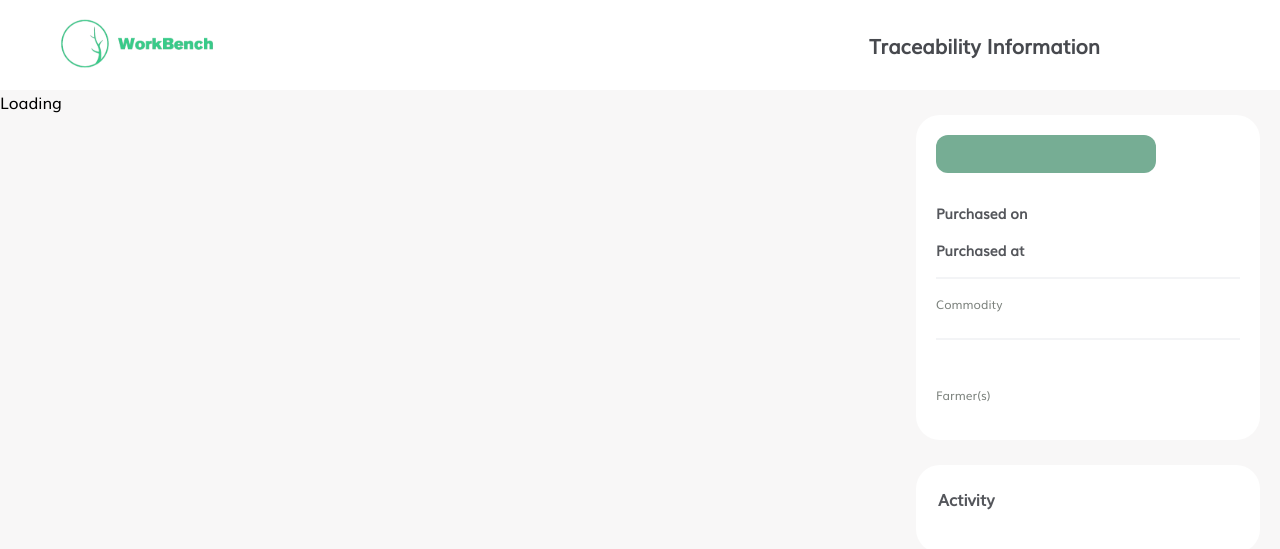
Repository: Hamezry/Traceability-Page
Page: /
The author's editor kept a copy of each file at every save. The page is drawn from the files as they stood at one save, then again after the next save.
The browser window is 1280 px wide. The pictures show the whole page.
The page's requests for data from a server got no answer. The project was rebuilt for these pictures with package versions that can differ from the ones it lists, and the page was loaded fresh each time. No one was signed in, and anything a server would have sent is missing.

Above is the page before, as saved 2022-09-18 08:45:47.

### public/index.html
<!DOCTYPE html>
<html lang="en">
  <head>
    <meta charset="utf-8" />
    <meta name="viewport" content="width=device-width, initial-scale=1" />
    <meta name="theme-color" content="#000000" />
    <meta
      name="description"
      content="Web site created using create-react-app"
    />
    <link rel="preconnect" href="https://fonts.googleapis.com">
    <link rel="preconnect" href="https://fonts.gstatic.com" crossorigin>
    <!-- <link href="https://fonts.googleapis.com/css2?family=Mulish:wght@300;400;600&display=swap" rel="stylesheet"> -->
    <title>Traceability page</title>
  </head>
  <body>
    <noscript>You need to enable JavaScript to run this app.</noscript>
    <div id="root"></div>

  </body>
</html>

### src/index.css
@tailwind base;
@tailwind components;
@tailwind utilities;

@font-face {
    font-family: 'Muli';
    src: local('Muli'), url("./fonts/Muli-Regular.ttf") format("truetype");
}


@font-face {
    font-family: 'Muli';
    src: url('./fonts/Muli-Regular.ttf') format("truetype");
}

body {
    font-family: 'Muli' !important;
}

### src/App.js
import './index.css';
import Navbar from './components/Navbar';
import Information from './components/Information';
import Sidemap from './components/Sidemap';
import { BrowserRouter, Route, Routes } from 'react-router-dom';

function App() {
  return (
    <BrowserRouter>

      <Routes>

          <Route path='/' element={
            <div>
              <Navbar />
              <div className="lg:flex lg:justify-between w-full  lg:h-[calc(100vh-90px)] lg:overflow-y-hidden bg-[#f8f7f7]">
                <Sidemap />
                <Information />
              </div>

            </div>

          } />

      </Routes>
    </BrowserRouter>
  );
}

export default App;

### src/components/Navbar.js
import React from 'react'
import logo from '../Assets/logo.svg'

const Navbar = () => {
  return (
    <div className='w-full flex justify-center h-[90px] bg-white sticky font-muli  z-30  top-0 lg:items-center lg:justify-between '>

        <img src= {logo} alt='nav-icon' className='h-[80px] w-[188px] lg:ml-[50px]'/>
        <p className='hidden lg:block mr-[230px] xl:mr-[180px] 2xl:mr-[320px] text-[#47494E] font-semibold  text-[20px]'>Traceability Information</p>

    </div>
  )
}

export default Navbar

### src/components/Information.js
import React, { useEffect, useState } from 'react'
import image1 from '../Assets/image-2.png'
import purchased from '../Assets/purchase.svg'
import axios from 'axios'
import { useLocation } from 'react-router-dom'



function Information() {

    const [list, setList] = useState([])
    const search = useLocation().search;
    const qr_code = new URLSearchParams(search).get('qr_code')

    useEffect(() => {
        axios.get(`https://wb3test.afexnigeria.com/WB3/api/v1/traceability/info/${qr_code}`)
            .then(res => {
                setList(res.data.data)
                console.log(res.data)
            }).catch(err => {
                console.log(err)
            })
    }, [qr_code])


    return (
        <div className='lg:h-full  lg:w-[30%] font-muli lg:overflow-y-auto'>

            <div id="TQC" className=" z-10  top-0 flex lg:flex  flex-col px-[20px]">

                <div className="flex-1 flex bg-white lg:w-[100%] lg:mx-auto lg:mt-[25px] flex-col h-[556px] p-[20px] rounded-3xl">

                    {/*TQC */}
                    <div className='mb-4 border-b-2 border-b-gray-100 '>
                        <div className='bg-[#76AD94] text-white text-center py-2 font-semibold text-[16px] max-w-[220px] h-[38px] mb-[30px] rounded-xl'> <p>{list.qr_code}</p></div>
                        <p className='text-[#54565B] text-[14px] mb-4 font-semibold'>Purchased on <span className='font-normal'>{list.purchased_on}</span></p>
                        <p className=' text-[#54565B] text-[14px] mb-4 font-semibold'>Purchased at <span className='font-normal'>{list.purchased_at}</span></p>

                    </div>

                    <div className='mb-4 border-b-2  border-b-gray-100 '>
                        <p className='text-[#7C827D] text-[12px] mb-[25px] '>Commodity</p>
                        <p className='text-[#47494E] text-[14px] mb-4 font-medium '>{list.commodity}</p>

                    </div>

                    <div className='mt-[30px] mb-4'>

                        <p className='text-[#7C827D] text-[12px]'>Farmer(s)</p>

                        {
                            list?.farmers?.map((item, index) => {
                                return (
                                    <div key={index} className='w-[232px] h-[71px] shadow p-3 flex items-center mt-[20px] rounded-xl'>
                                        <img src={image1} alt='profilepic' />
                                        <p className='text-[#47494E] text-[16px] ml-5  font-medium '>{item.first_name} {item.last_name}<br /> <span className='text-[#707673] text-[12px]'>{item.age} years &nbsp; | &nbsp;  {item.gender}</span></p>
                                    </div>
                                )
                            })
                        }



                    </div>


                </div>



            </div>




            <div id="Activity" className=" top-0 flex lg:flex flex-shrink-0 flex-col px-[20px]">

                <div className="flex-1 flex bg-white lg:w-[100%] lg:mx-auto mt-[25px] mb-5 flex-col  h-[900px] p-[22px] rounded-3xl ">

                    <p className='text-[#54565B] mb-5 font-semibold text-[16px]'>Activity</p>

                    {list?.activities?.map((item, index) =>

                        <div key={index} className='flex 2xl:justify-between stroke-amber-50 text-[#7C827D] 2xl:px-5 lg:px-0 text-[11px]'>

                            <div className='flex gap-2 xl:gap-2 md:gap-8'>

                                <div className='flex flex-col items-center'>
                                    <img src={purchased} alt='recp' />
                                    <div className='border border-dotted border-[#7C827D] min-h-[100px] max-h-[120px] w-[1px]'></div>

                                </div>
                                <div className='flex flex-col lg:w-[180px] md:w-[270px] w-[130px]' >
                                    <p className='font-semibold mt-2 lg:text-[13px]'>{item.action} </p>
                                    <span className='text-[#7C827D] text-[9px] mt-2 lg:text-[11px]'>{item.description}</span>
                                </div>



                            </div>
                            <p className='text-[#76AD94] text-[9px] mt-2 xl:text-[10px]'> <span>{item.created}</span> </p>

                        </div>
                    )}






                </div>





            </div>


        </div>);
}

export default Information

### src/components/Sidemap.js
import React from 'react'
import {useJsApiLoader, GoogleMap, Marker} from '@react-google-maps/api';

const center = {lat:48.8584, lng:2.294}

function Sidemap() {

  const { isLoaded } = useJsApiLoader({
    googleMapsApiKey:process.env.REACT_APP_GOOGLE_MAPS_API_KEY,
  });

  if (!isLoaded){
    return <h1>Loading</h1>
  }
  return (

    <div class= "h-[600px] w-full lg:h-[calc(100vh-90px)] lg:w-[70%]">

      <div className='hidden lg:block p-4 lg:p-0 lg:w-full h-[100%]'>
          <GoogleMap
          mapContainerStyle={{width:'100%', height:'100%'}}
          center={center} zoom={15}
          options={{
            zoomControl:false,
            streetViewControl:false,
            mapTypeControl:false,
            fullscreenControl:false,
          }}
          >
            <Marker position={center}/>

          </GoogleMap>
      </div>

      <div className='lg:hidden p-4 lg:p-0 lg:w-full h-[100%]'>
          <GoogleMap
          mapContainerStyle={{width:'100%', height:'100%', borderRadius:'50px'}}
          center={center} zoom={15}
          options={{
            zoomControl:false,
            streetViewControl:false,
            mapTypeControl:false,
            fullscreenControl:false,
          }}
          >
            <Marker position={center}/>

          </GoogleMap>
      </div>


    </div>

  )
}

export default Sidemap

### tailwind.config.js

/** @type {import('tailwindcss').Config} */
module.exports = {
  content: [
    "./src/**/*.{js,jsx,ts,tsx}",
  ],
  theme: {
    extend: {
      fontFamily:{
        'Muli':['Muli', 'san-serif']
      }
    },
  },
  plugins: [],
}

Loaded but not shown: src/index.js (common file)

After the next save:
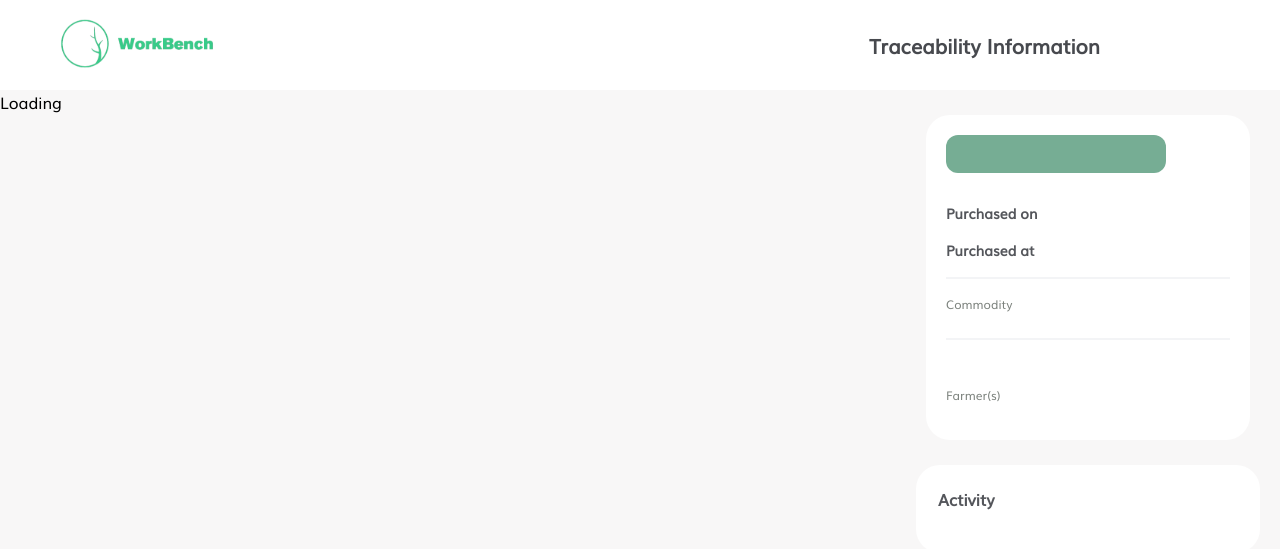
Saved 70 s later.
--- a/src/components/Information.js
+++ b/src/components/Information.js
@@ -26,7 +26,7 @@ function Information() {
     return (
         <div className='lg:h-full  lg:w-[30%] font-muli lg:overflow-y-auto'>
 
-            <div id="TQC" className=" z-10  top-0 flex lg:flex  flex-col px-[20px]">
+            <div id="TQC" className=" z-10  top-0 flex lg:flex  flex-col px-[30px]">
 
                 <div className="flex-1 flex bg-white lg:w-[100%] lg:mx-auto lg:mt-[25px] flex-col h-[556px] p-[20px] rounded-3xl">
 
